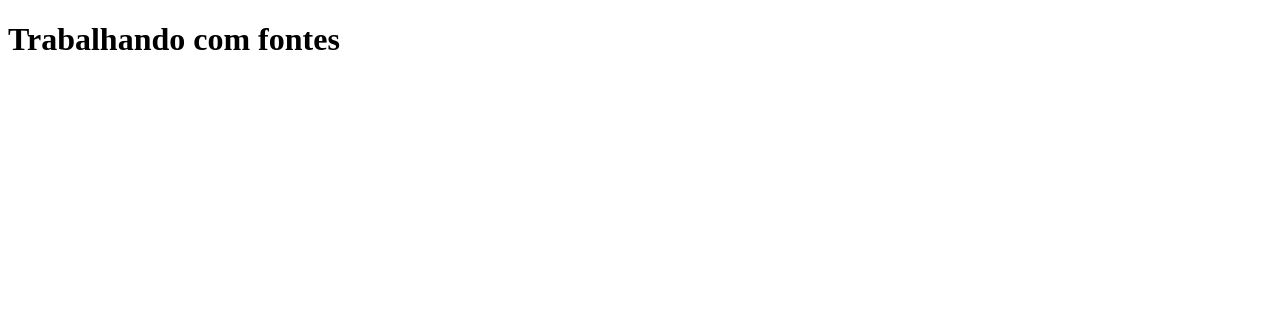
Repository: pheonix5/Estudo
Page: html-css/exercicios/ex017/fonte01.html
These files come from the project's save history. The page is drawn as it stood at one moment and after the next save; the edit follows.
The browser window is 1280 px wide. The pictures show the whole page.

Above is the page before, as saved 2023-08-12 00:34:30.

After the next save:
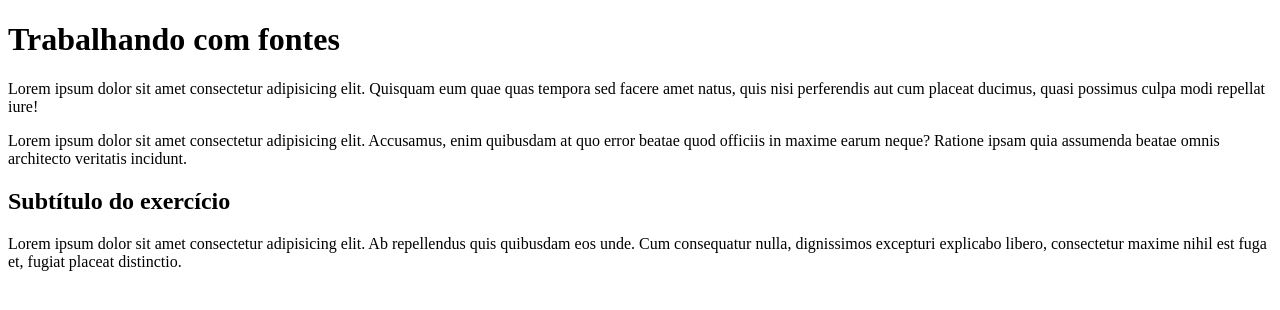
Saved 40 s later.
--- a/html-css/exercicios/ex017/fonte01.html
+++ b/html-css/exercicios/ex017/fonte01.html
@@ -7,5 +7,12 @@
 </head>
 <body>
   <h1>Trabalhando com fontes</h1>
+  <p>Lorem ipsum dolor sit amet consectetur adipisicing elit. Quisquam eum quae quas tempora sed facere amet natus, quis nisi perferendis aut cum placeat ducimus, quasi possimus culpa modi repellat iure!</p>
+  <p>Lorem ipsum dolor sit amet consectetur adipisicing elit. Accusamus, enim quibusdam at quo error beatae quod officiis in maxime earum neque? Ratione ipsam quia assumenda beatae omnis architecto veritatis incidunt.</p>
+
+  <h2>Subtítulo do exercício</h2>
+  <p>Lorem ipsum dolor sit amet consectetur adipisicing elit. Ab repellendus quis quibusdam eos unde. Cum consequatur nulla, dignissimos excepturi explicabo libero, consectetur maxime nihil est fuga et, fugiat placeat distinctio.</p>
+
+
 </body>
 </html>
